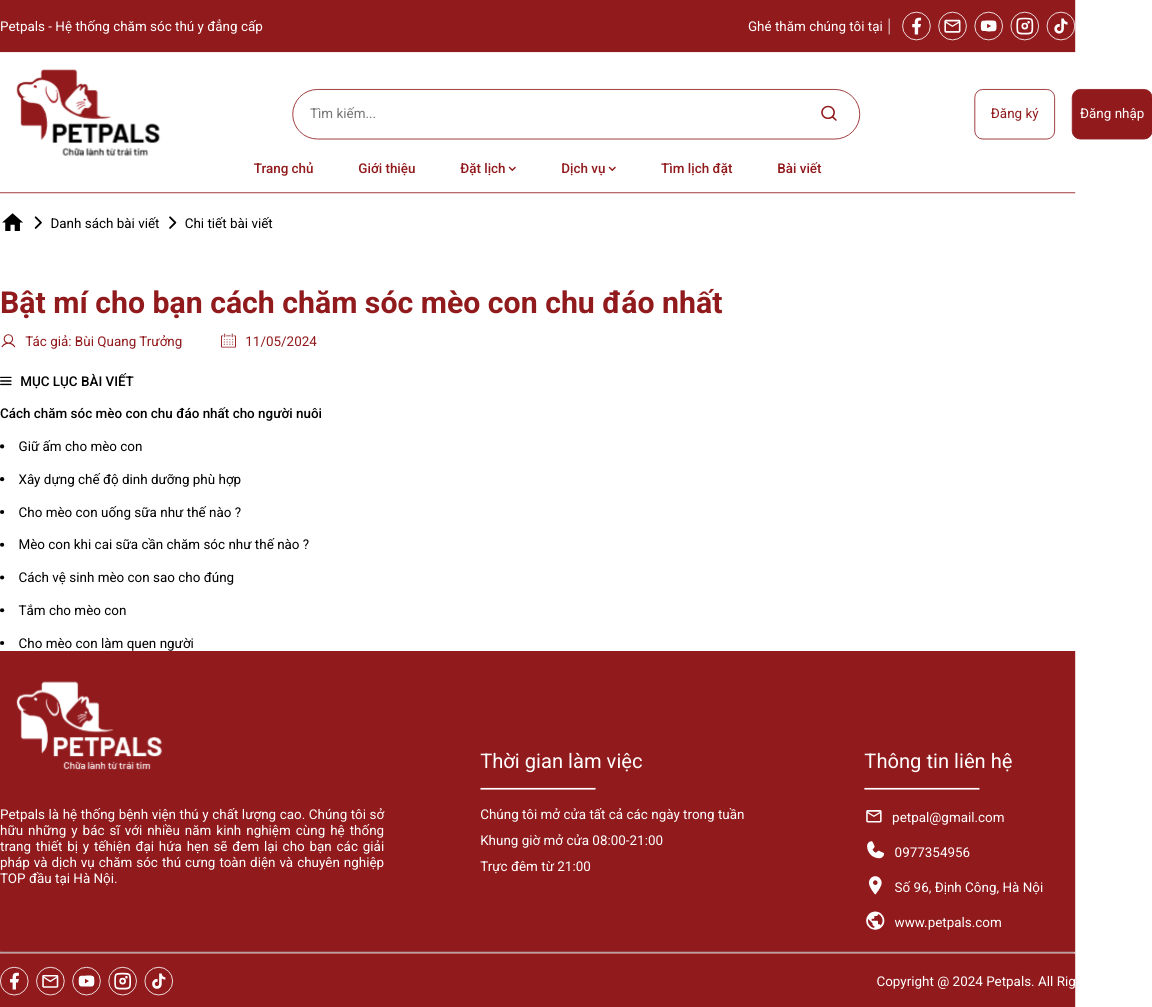
Repository: ahntrung1909/Petpals
Page: /danh-sach-bai-viet/chi-tiet-bai-viet (app in petpals-user-main/)
The author's editor kept a copy of each file at every save. The page is drawn from the files as they stood at one save, then again after the next save.
The browser window is 1280 px wide. The page is 1372 px wide, so the pictures cover 1372 px, including what lies to the right of the window. The pictures show the whole page, at 84% of full size.
The project was rebuilt for these pictures with package versions that can differ from the ones it lists, and the page was loaded fresh each time. The framework's server and built-in components were replaced by stand-ins that run in the browser. Also part of the build but not shown: petpals-user-main/next.config.js, petpals-user-main/next.config.mjs.

Above is the page before, as saved 2024-04-14 17:56:55.

### petpals-user-main/src/app/layout.js
import { Footer } from "@/components/Footer/Footer";
import "./global.scss";
import { Header } from "@/components/Header/Header";
import { ToastContainer } from "react-toastify";
import "react-toastify/dist/ReactToastify.css";
import { Button, ConfigProvider, Space } from "antd";

export const metadata = {
  title: "Petpals - Chữa lành từ trái tim",
  description: "Petpals",
};

export default function RootLayout({ children }) {
  return (
    <html lang="en">
      <body>
        <Header />
        <ToastContainer />
        <ConfigProvider
          theme={{
            token: {
              colorPrimary: "#911A1D",
              fontFamily: "Roboto",
            },
            components: {
              DatePicker: {
                inputFontSize: 16,
              },
              Menu: {
                itemBg: "transparent",
                subMenuItemBg: "transparent",
                activeBarBorderWidth: 0,
                itemSelectedBg: "rgba(145, 26, 29, 0.05)",
                itemBorderRadius: 0,
              },
            },
          }}
        >
          {children}
        </ConfigProvider>
        <Footer />
      </body>
    </html>
  );
}

### petpals-user-main/src/app/danh-sach-bai-viet/chi-tiet-bai-viet/page.js
import React from "react";
import "./style.scss";

export default function page() {
  return (
    <main>
      <div className="breadcrumb">
        <img src="/icon/ic_baseline-home.svg" alt="" />
        <img src="/icon/iconamoon_arrow-right-2.svg" alt="" />
        <p>Danh sách bài viết</p>
        <img src="/icon/iconamoon_arrow-right-2.svg" alt="" />
        <p>Chi tiết bài viết</p>
      </div>
      <div className="article-section">
        <div className="article-section-left">
          <h1 className="article-title">
            Bật mí cho bạn cách chăm sóc mèo con chu đáo nhất
          </h1>
          <div className="article-author-time">
            <div className="article-item">
              <img src="/icon/ph_user.svg" alt="" />
              <p>Tác giả: Bùi Quang Trưởng</p>
            </div>
            <div className="article-item">
              <img src="/icon/clarity_date-line.svg" alt="" />
              <p>11/05/2024</p>
            </div>
          </div>
          <div className="menu">
            <div style={{ display: "flex", gap: "10px", alignItems: "center" }}>
              <img src="/icon/hamberger.svg" alt="" style={{ width: "14px" }} />
              <p style={{ fontSize: "16px", fontWeight: "500" }}>
                MỤC LỤC BÀI VIẾT
              </p>
            </div>
            <p style={{ fontWeight: "500", margin: "20px 0" }}>
              Cách chăm sóc mèo con chu đáo nhất cho người nuôi
            </p>
            <ul style={{ listStyle: "inside" }}>
              <li>
                <a href="#">Giữ ấm cho mèo con</a>
              </li>
              <li>
                <a href="#">Xây dựng chế độ dinh dưỡng phù hợp</a>
              </li>
              <li>
                <a href="#">Cho mèo con uống sữa như thế nào ?</a>
              </li>
              <li>
                <a href="#">Mèo con khi cai sữa cần chăm sóc như thế nào ?</a>
              </li>
              <li>
                <a href="#">Cách vệ sinh mèo con sao cho đúng</a>
              </li>
              <li>
                <a href="#">Tắm cho mèo con</a>
              </li>
              <li>
                <a href="#">Cho mèo con làm quen người</a>
              </li>
            </ul>
          </div>
        </div>
      </div>
    </main>
  );
}

### petpals-user-main/src/components/Footer/Footer.js
import { Socialicon } from "../Socialicon/Socialicon";
import "./style.scss";
export const Footer = () => {
  return (
    <footer>
      <div className="row row-1">
        <div className="logo">
          <img src="/img/logo_am_ban.svg" alt="" />
        </div>
        <div className="working-time">Thời gian làm việc</div>
        <div className=" contact-info">Thông tin liên hệ</div>
      </div>
      <div className="row">
        <div className="about">
          Petpals là hệ thống bệnh viện thú y chất lượng cao. Chúng tôi sở hữu
          những y bác sĩ với nhiều năm kinh nghiệm cùng hệ thống trang thiết bị
          y tếhiện đại hứa hẹn sẽ đem lại cho bạn các giải pháp và dịch vụ chăm
          sóc thú cưng toàn diện và chuyên nghiệp TOP đầu tại Hà Nội.
        </div>
        <ul className="working-time-more">
          <li>Chúng tôi mở cửa tất cả các ngày trong tuần</li>
          <li>Khung giờ mở cửa 08:00-21:00</li>
          <li>Trực đêm từ 21:00</li>
        </ul>
        <ul className="contact-info-more">
          <li className="contact-item">
            <span>
              <img src="/icon/material-symbols_mail-outline.svg" alt="" />
            </span>
            petpal@gmail.com
          </li>
          <li className="contact-item">
            <span>
              <img src="/icon/ph_phone-fill.svg" alt="" />
            </span>
            0977354956
          </li>
          <li className="contact-item">
            <span>
              <img src="/icon/mdi_location.svg" alt="" />
            </span>
            Số 96, Định Công, Hà Nội
          </li>
          <li className="contact-item">
            <span>
              <img src="/icon/mdi_earth.svg" alt="" />
            </span>
            www.petpals.com
          </li>
        </ul>
      </div>
      <hr />
      <div className="footer-bottom">
        <Socialicon />
        <div>Copyright @ 2024 Petpals. All Rights Reverved</div>
      </div>
    </footer>
  );
};

### petpals-user-main/src/app/global.scss
@import url("https://fonts.googleapis.com/css2?family=Roboto:ital,wght@0,100;0,300;0,400;0,500;0,700;0,900;1,100;1,300;1,400;1,500;1,700;1,900&display=swap");
@import "../style/variable";
* {
  padding: 0;
  margin: 0;
  box-sizing: border-box;
}
body {
  font-family: "Roboto", sans-serif;
  font-size: 16px;
}
a {
  text-decoration: none;
  color: black;
}
ul,
li {
  list-style: none;
}
input,
textarea {
  width: 100%;
  border: none;
  outline: none;
  font-family: "Roboto", sans-serif;
  font-size: 16px;
}
img {
  width: 100%;
}
button {
  font-family: "Roboto", sans-serif;
  font-size: 16px;
}
label {
  font-family: "Roboto", sans-serif;
  font-size: 16px;
}

// custom scroll bar
::-webkit-scrollbar-track {
  background-color: #f5f5f5;
}

::-webkit-scrollbar {
  width: 6px;
  height: 6px;
  background-color: #f5f5f5;
}

::-webkit-scrollbar-thumb {
  background-image: linear-gradient($BROWN_500, $RED_500);
  // border-radius: 10px;
}
::-webkit-scrollbar-thumb:horizontal {
  background-image: linear-gradient(to right, $BROWN_500, $RED_500);
  // border-radius: 10px;
}

### petpals-user-main/src/app/danh-sach-bai-viet/chi-tiet-bai-viet/style.scss
@import "../../../style/variable";
@import "../../../style/base";

.article-section {
  width: 1372px;
  margin: 0 auto;
  margin-top: 60px;
  display: flex;
  gap: 20px;
}
.article-section-left {
  width: 1025px;
  h1 {
    font-size: 36px;
    color: $BROWN_500;
    margin-bottom: 14px;
  }
  .article-author-time {
    display: flex;
    align-items: center;
    gap: 45px;
    margin-bottom: 28px;
    .article-item {
      display: flex;
      align-items: center;
      gap: 10px;
      img {
        width: 20px;
        height: 20px;
      }
      p {
        color: $BROWN_500;
      }
    }
  }
  ul,
  li {
    list-style: inherit;
    user-select: none;
  }
  ul {
    display: flex;
    flex-direction: column;
    gap: 20px;
  }
}

### petpals-user-main/src/components/Socialicon/Socialicon.js
import "./style.scss";
export const Socialicon = () => {
  return (
    <div className="list-social-icon">
      <div className="icon-item">
        <img src="/icon/ri_facebook-fill.svg" alt="icon-facebook" />
      </div>
      <div className="icon-item">
        <img src="/icon/material-symbols_mail-outline.svg" alt="icon-mail" />
      </div>
      <div className="icon-item">
        <img src="/icon/mdi_youtube.svg" alt="icon-youtube" />
      </div>
      <div className="icon-item">
        <img src="/icon/lets-icons_insta.svg" alt="icon-insta" />
      </div>
      <div className="icon-item">
        <img src="/icon/ic_baseline-tiktok.svg" alt="icon-tiktok" />
      </div>
    </div>
  );
};

### petpals-user-main/src/components/Footer/style.scss
@import "../../style/variable";
footer {
  display: block;
  width: 100vw;
  height: 424px;
  background-color: $BROWN_500;
  padding: 20px 0;
}
.row {
  width: 1372px;
  margin: 0 auto;
  display: grid;
  grid-template-columns: repeat(12, 1fr);
  row-gap: 20px;
  color: white;
  margin-bottom: 20px;
}
.row-1 {
  align-items: flex-end;
}
.logo {
  width: 214px;
  grid-column: 1/5;
}
.working-time {
  grid-column: 6/10;
  position: relative;
  font-size: 24px;
  padding-bottom: 20px;
  &::after {
    content: "";
    width: 137px;
    height: 2px;
    background-color: white;
    position: absolute;
    left: 0;
    bottom: 0;
  }
}
.contact-info {
  position: relative;
  grid-column: 10/13;
  font-size: 24px;
  padding-bottom: 20px;
  &::after {
    content: "";
    width: 137px;
    height: 2px;
    background-color: white;
    position: absolute;
    left: 0;
    bottom: 0;
  }
}
.about {
  grid-column: 1/5;
  text-align: justify;
}
.working-time-more {
  grid-column: 6/10;
  display: flex;
  flex-direction: column;
  gap: 12px;
}
.contact-info-more {
  grid-column: 10/13;
  display: flex;
  flex-direction: column;
  gap: 12px;
}
.contact-item {
  display: flex;
  gap: 10px;
  align-items: center;
}
.footer-bottom {
  width: 1372px;
  margin: 0 auto;
  margin-top: 16px;
  color: white;
  display: flex;
  align-items: center;
  justify-content: space-between;
}

### petpals-user-main/src/style/_variable.scss
$BROWN_50: rgb(244, 232, 232);
$BROWN_100: rgb(221, 184, 185);
$BROWN_200: rgb(204, 150, 151);
$BROWN_300: rgb(181, 102, 104);
$BROWN_400: rgb(167, 72, 74);
$BROWN_500: rgb(145, 26, 29);
$BROWN_600: rgb(132, 24, 26);
$BROWN_700: rgb(103, 18, 21);
$BROWN_800: rgb(80, 14, 16);
$BROWN_900: rgb(61, 11, 12);
$RED_50: rgb(255, 247, 247);
$RED_100: rgb(255, 230, 231);
$RED_200: rgb(255, 217, 219);
$RED_300: rgb(255, 200, 202);
$RED_400: rgb(255, 189, 192);
$RED_500: rgb(255, 173, 176);
$RED_600: rgb(232, 157, 160);
$RED_700: rgb(181, 123, 125);
$RED_800: rgb(140, 95, 97);
$RED_900: rgb(107, 73, 74);
$BROWN_DARK_50: rgb(236, 233, 233);
$BROWN_DARK_100: rgb(195, 186, 186);
$BROWN_DARK_200: rgb(165, 152, 152);
$BROWN_DARK_300: rgb(124, 105, 106);
$BROWN_DARK_400: rgb(99, 76, 77);
$BROWN_DARK_500: rgb(60, 31, 32);
$BROWN_DARK_600: rgb(55, 28, 29);
$BROWN_DARK_700: rgb(43, 22, 23);
$BROWN_DARK_800: rgb(33, 17, 18);
$BROWN_DARK_900: rgba(25, 13, 13, 0.2);

### petpals-user-main/src/components/Header/style.scss
@import "../../style/_variable";

header {
  height: 230px;
  border-bottom: 1px solid $BROWN_500;
}
div:has(.wrap):nth-child(1) {
  background-color: $BROWN_500;
  height: 62px;
  display: flex;
  align-items: center;
}
.wrap {
  width: 1372px;
  margin: 0 auto;
}
.top-header {
  display: flex;
  justify-content: space-between;
  align-items: center;
  color: white;
}
.social-connect {
  display: flex;
  align-items: center;
  gap: 15px;
}
.social-connect > p {
  padding: 0px 7px;
  border-right: 1px solid white;
}
div:has(.wrap):nth-child(2) {
  padding-top: 18px;
}
.main-header {
  display: flex;
  align-items: center;
  justify-content: space-between;
}
.petpals-logo {
  display: block;
  width: 211px;
  height: 111px;
}
.header-main-right {
  display: flex;
  width: 1024px;
  justify-content: space-between;
  align-items: center;
}
.search-input {
  display: flex;
  position: relative;

  input {
    width: 676px;
    height: 60px;
    padding: 0px 60px 0px 20px;
    border: 1px solid $BROWN_500;
    border-radius: 99px;
    display: flex;
    justify-content: center;
    align-items: center;
  }
  .icon-item {
    right: 20px;
    top: 50%;
    transform: translateY(-50%);
    position: absolute;
    cursor: pointer;
  }
}
.btn-group {
  display: flex;
  gap: 20px;
  text-align: center;
  .btn {
    display: flex;
    justify-content: center;
    align-items: center;
    width: 96px;
    height: 60px;
    border: 1px solid $BROWN_500;
    border-radius: 10px;
    color: $BROWN_500;
  }
  .btn:nth-child(1):hover {
    background-color: $BROWN_500;
    color: white;
  }
  .btn:nth-child(2) {
    color: white;
    background-color: $BROWN_500;
    &:hover {
      background-color: $BROWN_300;
    }
  }
}
.nav {
  display: flex;
  align-items: center;
  justify-content: space-between;
  width: 676px;
  margin: 0 auto;
  color: $BROWN_500;
  font-weight: 500;
  z-index: 99;

  &-item {
    display: flex;
    position: relative;
    align-items: center;
    cursor: pointer;
    padding-bottom: 8px;
    &.active > span,
    &.active > a {
      font-weight: 900;
    }
    &:hover .sub-nav:not(.nav-2) {
      display: flex;
    }
    span {
      display: flex;
      justify-content: center;
      align-items: center;
      color: $BROWN_500;
    }
    a {
      display: flex;
      justify-content: center;
      align-items: center;
      color: $BROWN_500;
      width: 100%;
      height: 100%;
    }
    &:hover > a {
      color: $RED_500;
    }
    &:hover > span {
      color: $RED_500;
    }
  }
}
.sub-nav {
  position: absolute;
  z-index: 99;
  top: 100%;
  left: 0;
  border-radius: 10px;
  box-shadow: 0 15px 15px 15px rgba(0, 0, 0, 0.05);
  box-shadow: 0 15px 15px rgba(0, 0, 0, 0.1);
  border: 0.5px solid rgba(0, 0, 0, 0.15);
  background-color: white;
  padding: 8px;
  display: none;
  flex-direction: column;
  gap: 8px;
  &.nav-2 {
    position: absolute;
    top: 0;
    left: 100%;
    transform: translate(8px, -8px);
    display: none;
  }
  &-item {
    position: relative;
    display: flex;
    align-items: center;
    justify-content: space-between;
    &::after {
      content: "";
      width: 8px;
      height: 100%;
      position: absolute;
      top: 0;
      right: -8px;
    }
    &:hover {
      background-color: rgba(0, 0, 0, 0.05);
    }
    &:hover .sub-nav.nav-2 {
      display: flex;
    }
    a {
      width: 100%;
      height: 100%;
      display: flex;
      justify-content: left;
      padding: 12px 16px;
    }
    span {
      padding: 12px 16px;
    }
    &-active > span,
    &-active > a {
      font-weight: 600;
    }
  }
}
.user-login-controller {
  display: flex;
  align-items: center;
  gap: 8px;
  cursor: pointer;
  position: relative;

  &:hover .sub-nav {
    display: flex;
    left: inherit;
    right: 0;
  }
  .user-img {
    width: 56px;
    height: 56px;
    img {
      border-radius: 50%;
    }
  }
}
.icon-bell {
  width: 30px;
  height: 30px;
  position: relative;
  .number-bell {
    position: absolute;
    top: 0;
    right: 0;
    transform: translate(36%, -30%);
    width: 20px;
    height: 20px;
    font-size: 12px;
    font-weight: 500;
    color: white;
    display: flex;
    justify-content: center;
    align-items: center;
    background-color: $RED_500;
    border-radius: 50%;
  }
  .menu-bell {
    display: none;
    position: absolute;
    right: 0;
    bottom: -20px;
    transform: translateY(100%);
    background-color: white;
    width: 554px;
    height: 468px;
    padding: 20px;
    border-radius: 10px;
    z-index: 99;
    box-shadow: 0 0 8px 4px rgba(0, 0, 0, 0.2);
    &.menu-bell-active {
      display: block;
    }
    ::after {
      content: "";
      width: 20px;
      height: 20px;
      background-color: white;
      position: absolute;
      right: 14px;
      top: 0;
      transform: translate(0, -50%);
      rotate: 45deg;
    }
    h3 {
      text-transform: uppercase;
      color: $BROWN_500;
      font-size: 22px;
      margin-bottom: 10px;
    }
    .menu-item {
      display: flex;
      flex-direction: column;
      gap: 10px;
      padding: 8px 0;
      border-bottom: 1px solid rgba(0, 0, 0, 0.25);
      &:hover {
        background-color: $BROWN_50;
      }
      .content {
        font-size: 20px;
      }
      .time {
        font-size: 12px;
      }
      span {
        text-align: left;
        padding: 0 8px;
      }
    }
    .container {
      height: 400px;
      overflow: scroll;
    }
  }
  .overlay {
    display: none;
    position: fixed;
    width: 100vw;
    height: 100vh;
    inset: 0;
    z-index: 20;
    background-color: rgba(0, 0, 0, 0.25);
    cursor: pointer;
    &.overlay-active {
      display: block;
    }
  }
}

### petpals-user-main/src/style/_base.scss
.section-heading {
  width: fit-content;
  margin: 60px auto;
  color: $BROWN_500;
  position: relative;
  font-size: 24px;
  font-weight: 800;
  text-transform: uppercase;
  &::after {
    content: "";
    width: 80%;
    height: 3px;
    position: absolute;
    bottom: -16px;
    left: 50%;
    transform: translateX(-50%);
    background-color: $BROWN_500;
  }
}
.breadcrumb {
  width: 1372px;
  margin: 0 auto;
  display: flex;
  align-items: center;
  padding-top: 20px;
  img {
    width: 30px;
    height: 30px;
  }
}

### petpals-user-main/src/components/Socialicon/style.scss
.list-social-icon {
  display: flex;
  gap: 9px;
}
.icon-item {
  width: 34px;
  height: 34px;
  border: 1px solid white;
  padding: 4px;
  border-radius: 99px;
  display: flex;
  justify-content: center;
  align-items: center;
}

Loaded but not shown: petpals-user-main/src/components/Header/Header.js (334 lines, source omitted)

After the next save:
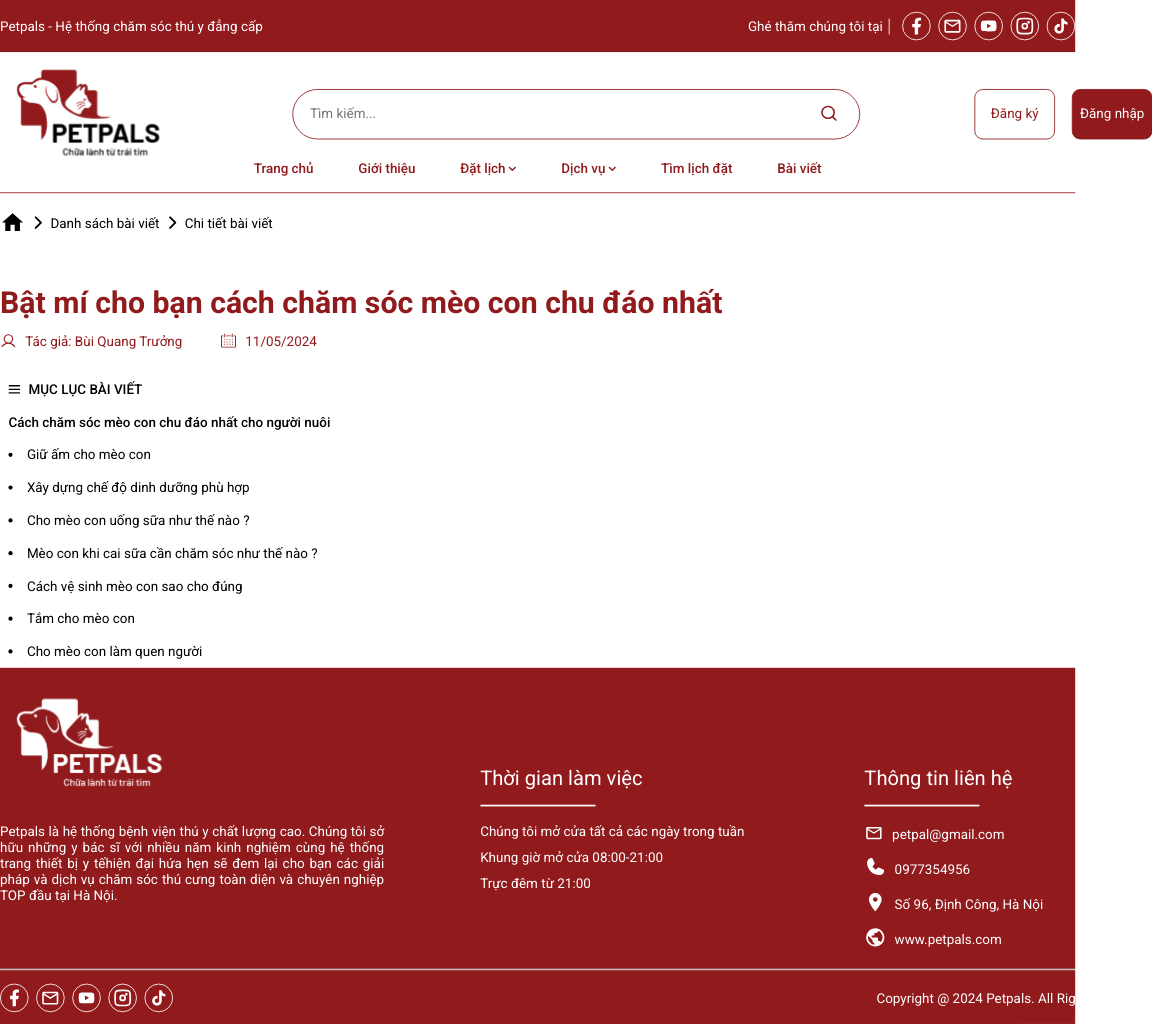
Saved 31 s later.
--- a/petpals-user-main/src/app/danh-sach-bai-viet/chi-tiet-bai-viet/style.scss
+++ b/petpals-user-main/src/app/danh-sach-bai-viet/chi-tiet-bai-viet/style.scss
@@ -43,4 +43,7 @@
     flex-direction: column;
     gap: 20px;
   }
+  .menu {
+    padding: 10px;
+  }
 }
